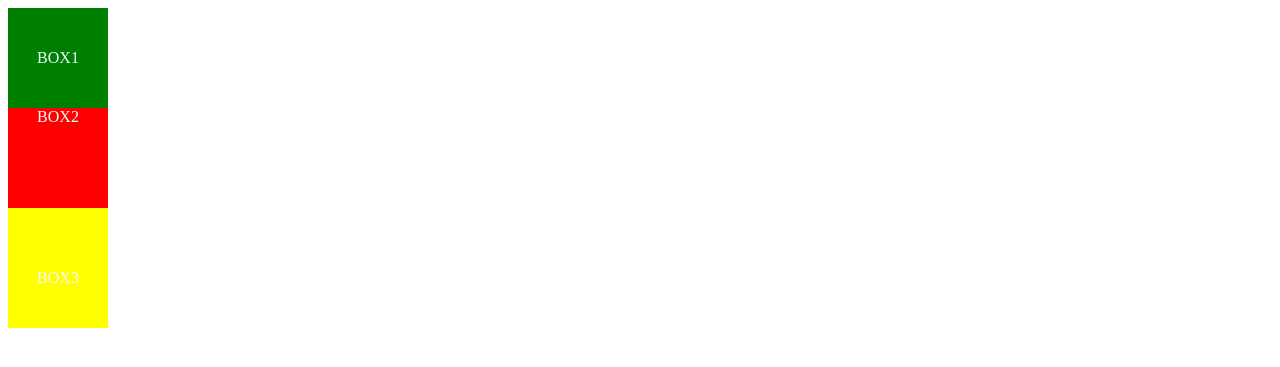
Repository: Ducspdn/WeTheBandF8
Page: html_learn_f8/padding.html
The author's editor kept a copy of each file at every save. The page is drawn from the files as they stood at one save, then again after the next save.
The browser window is 1280 px wide. The pictures show the whole page.

Above is the page before, as saved 2023-01-12 20:05:50.

After the next save:
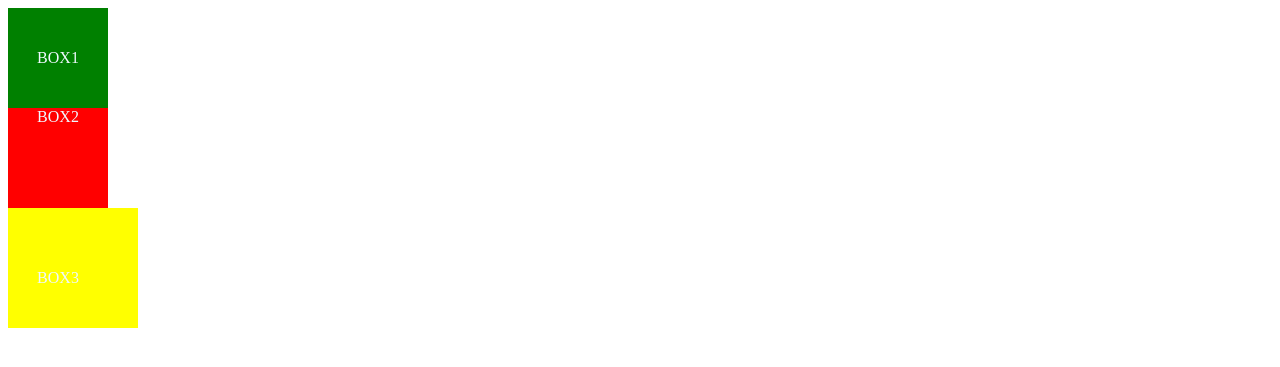
Saved 113 s later.
--- a/html_learn_f8/padding.html
+++ b/html_learn_f8/padding.html
@@ -38,8 +38,9 @@
                 display: flex;
                 justify-content: center;
                 align-items: center;
-                margin: 0px;
                 padding-top: 20px;
+                padding-right: 30px;
+
             }
 
         </style>
